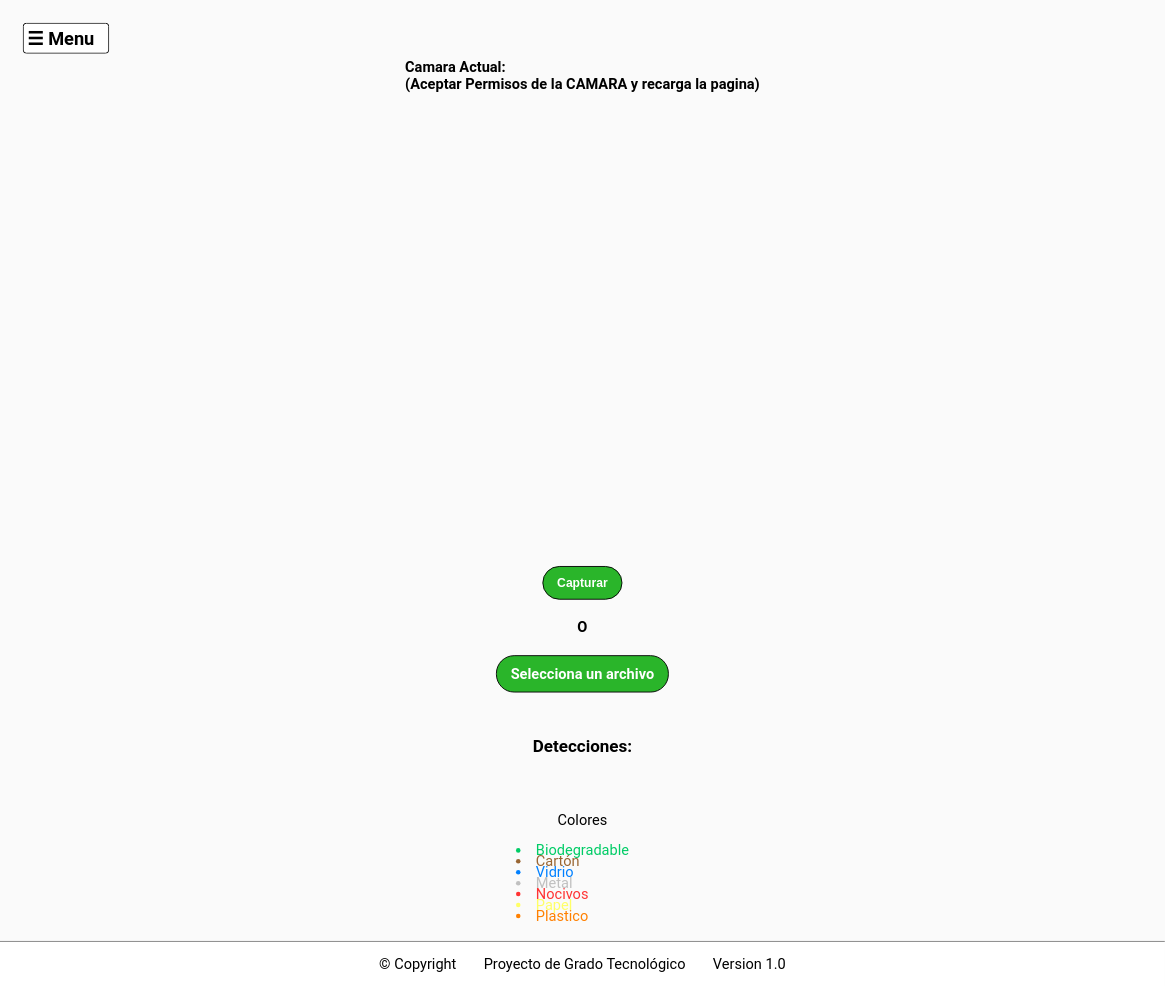
Repository: castecabas/Recicladora
Page: http://localhost/model
An editor plug-in stored every save of this project. The page is shown before and after the next save, followed by the edit.
The browser window is 1280 px wide. The pictures show the whole page, at 91% of full size.
Pictures or frames that could not be fetched are drawn as grey boxes. The page is served by the project's application, run on Flask 3 (src/index.py).

Above is the page before, as saved 2024-12-22 20:26:40.

After the next save:
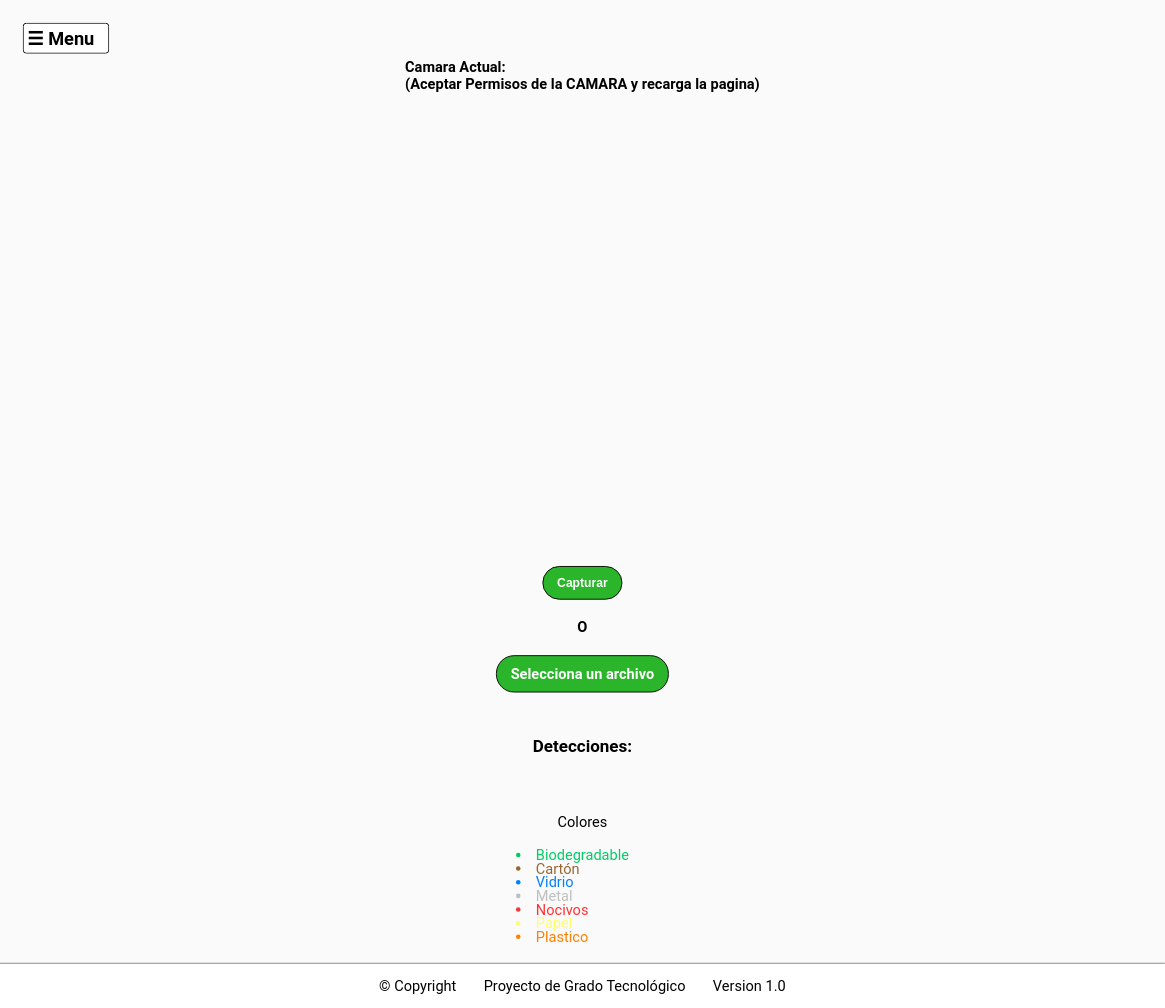
Saved 6 s later.
--- a/src/static/css/model.css
+++ b/src/static/css/model.css
@@ -270,7 +270,7 @@ main div ul#detectionsList li{
 }
 
 .colors{
-    line-height: 2px;
+    line-height: 5px;
     border-radius: 10px;
     .bio{
         color: #00cc66;
